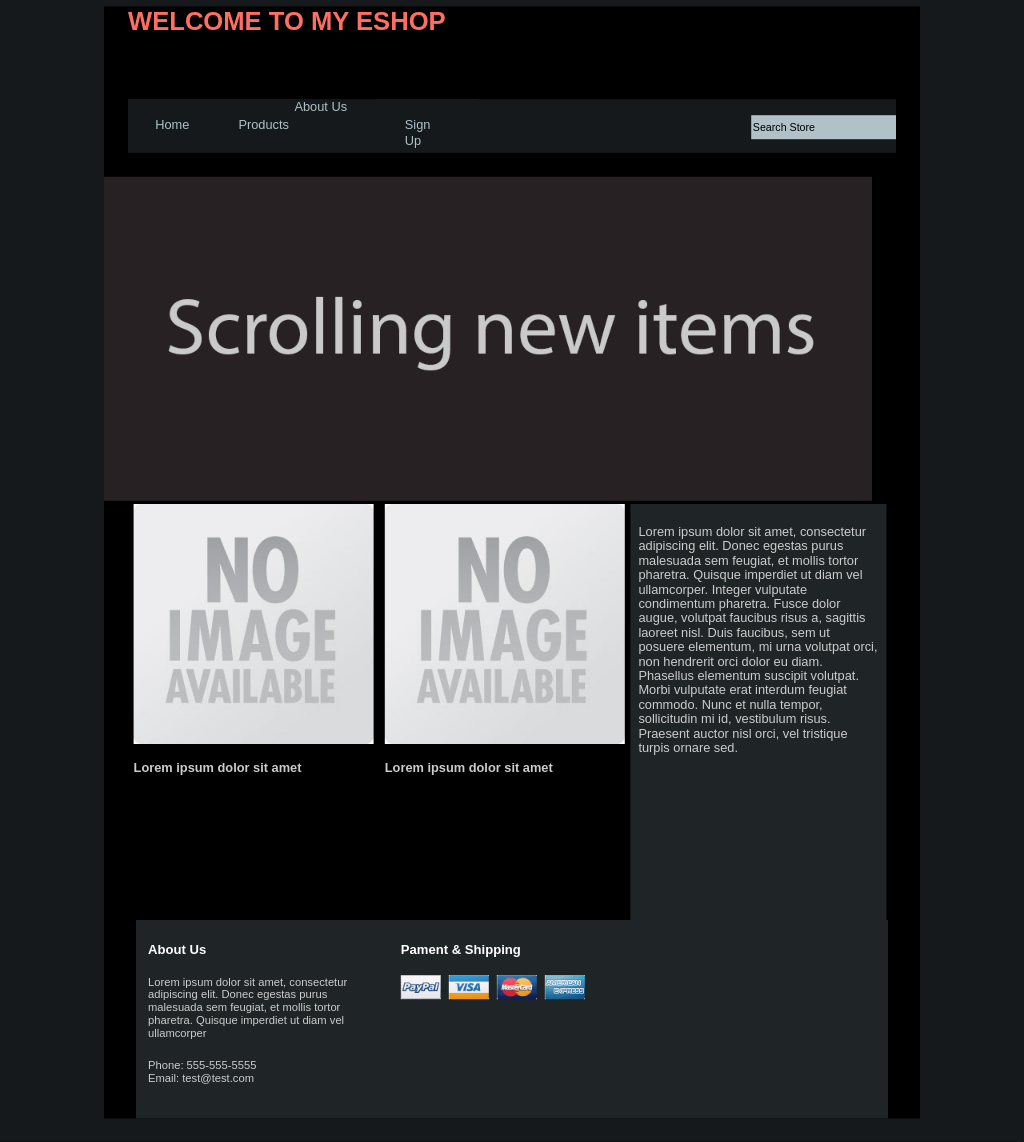
Repository: smugfox/ecommerce_project
Page: index.html
The author's editor kept a record of every edit. The page is drawn from the files as they stood at one moment, then again after the next edit.
The browser window is 1280 px wide. The pictures show the whole page, at 80% of full size.

Above is the page before.

After the next edit:
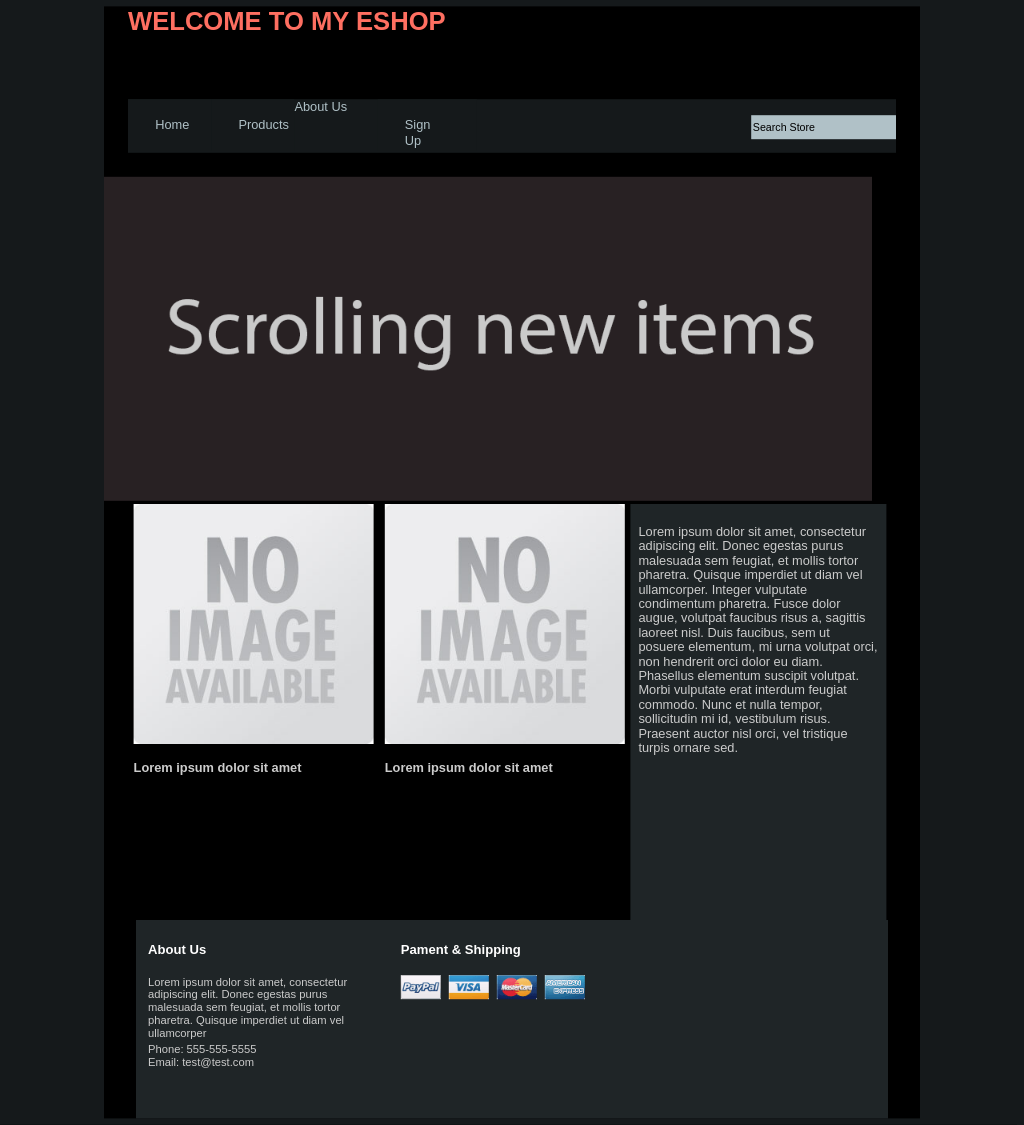
The edit:
--- a/css/styles.css
+++ b/css/styles.css
@@ -266,7 +266,7 @@
     margin: 0 0 22px 0;
 }
 #footer_left p {
-    margin: 0 0 20px 0;
+    margin: 0;
     height:84px;
 }
 #footer_mid {
